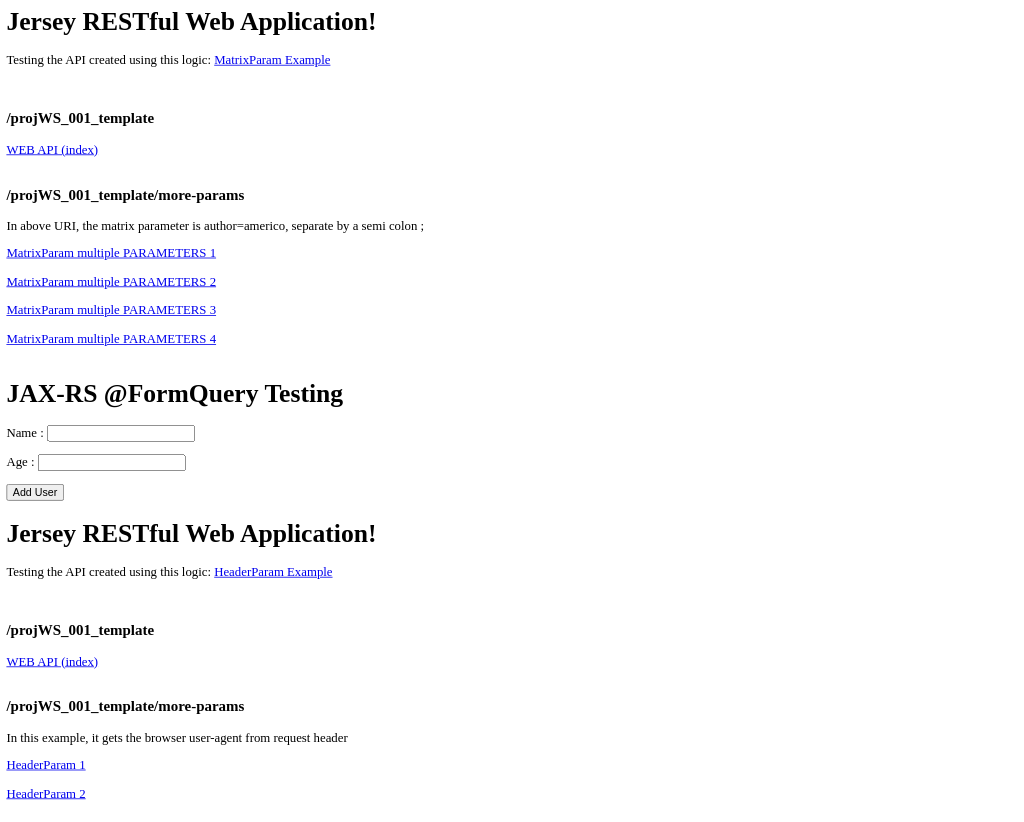
Repository: atafs/BackEnd_JAX-RS_REST_2continue
Page: http://localhost/projWS_001_template/
An editor plug-in stored every save of this project. The page is shown before and after the next save, followed by the edit.
The browser window is 1280 px wide. The pictures show the whole page, at 80% of full size.
The page is served by Tomcat 9. Other server files are loaded and not shown.

Above is the page before, as saved 2016-05-02 16:57:47.

### projWS_001_template/src/main/webapp/index.jsp
<html>
<body>
	<!-- JAX-RS @MatrixParam example ######################################## -->
    <!-- TITLE -->
	<h1>Jersey RESTful Web Application!</h1>

	<!-- TXT -->
	<p>Testing the API created using this logic:
		<a href="http://www.mkyong.com/webservices/jax-rs/jax-rs-matrixparam-example/">MatrixParam Example</a>
	</p><br/>

	<!-- LINKS -->
	<h3>/projWS_001_template</h3>
	<a href="http://localhost:8085/projWS_001_template/">WEB API (index)</a><br/><br/>

	<h3>/projWS_001_template/more-params</h3>
	<p>In above URI, the matrix parameter is author=americo, separate by a semi colon ;</p>
	<a href="http://localhost:8085/projWS_001_template/americolib/ws/2011/">MatrixParam multiple PARAMETERS 1</a><br/><br/>
	<a href="http://localhost:8085/projWS_001_template/americolib/ws/2011;author=americo">MatrixParam multiple PARAMETERS 2</a><br/><br/>
	<a href="http://localhost:8085/projWS_001_template/americolib/ws/2011;author=tomas;country=portugal">MatrixParam multiple PARAMETERS 3</a><br/><br/>
	<a href="http://localhost:8085/projWS_001_template/americolib/ws/2011;country=malaysia;author=ana">MatrixParam multiple PARAMETERS 4</a><br/><br/>

    <!-- JAX-RS @FormParam example ######################################## -->
    <!-- FORM: binding between html and java classes -->
    <h1>JAX-RS @FormQuery Testing</h1>

	<form action="americolib/ws/add" method="post">
		<p>
			Name : <input type="text" name="name" />
		</p>
		<p>
			Age : <input type="text" name="age" />
		</p>
		<input type="submit" value="Add User" />
	</form>

    <!-- Get HTTP header in JAX-RS ######################################## -->
    <!-- TITLE -->
	<h1>Jersey RESTful Web Application!</h1>

	<!-- TXT -->
	<p>Testing the API created using this logic:
		<a href="http://www.mkyong.com/webservices/jax-rs/get-http-header-in-jax-rs/">HeaderParam  Example</a>
	</p><br/>

	<!-- LINKS -->
	<h3>/projWS_001_template</h3>
	<a href="http://localhost:8085/projWS_001_template/">WEB API (index)</a><br/><br/>

	<h3>/projWS_001_template/more-params</h3>
	<p>In this example, it gets the browser user-agent from request header</p>
	<a href="http://localhost:8085/projWS_001_template/americolib/ws/get1/">HeaderParam 1</a><br/><br/>
	<a href="http://localhost:8085/projWS_001_template/americolib/ws/get2/">HeaderParam 2</a><br/><br/>



</body>
</html>

After the next save:
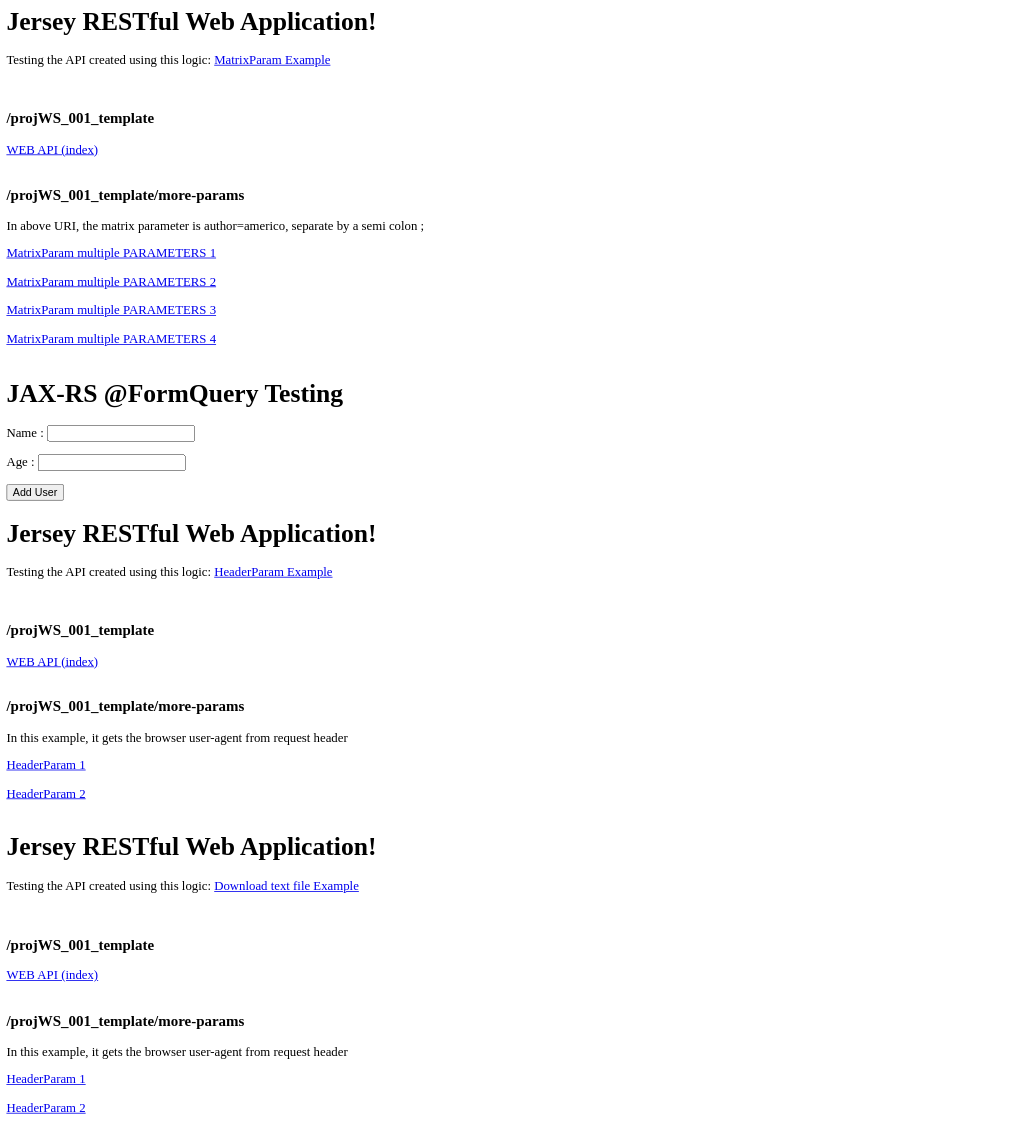
Saved 55 s later.
--- a/projWS_001_template/src/main/webapp/index.jsp
+++ b/projWS_001_template/src/main/webapp/index.jsp
@@ -52,6 +52,24 @@
 	<a href="http://localhost:8085/projWS_001_template/americolib/ws/get1/">HeaderParam 1</a><br/><br/>
 	<a href="http://localhost:8085/projWS_001_template/americolib/ws/get2/">HeaderParam 2</a><br/><br/>
 
+  	<!-- Download text file from JAX-RS ######################################## -->
+    <!-- TITLE -->
+	<h1>Jersey RESTful Web Application!</h1>
+
+	<!-- TXT -->
+	<p>Testing the API created using this logic:
+		<a href="http://www.mkyong.com/webservices/jax-rs/download-text-file-from-jax-rs/">Download text file Example</a>
+	</p><br/>
+
+	<!-- LINKS -->
+	<h3>/projWS_001_template</h3>
+	<a href="http://localhost:8085/projWS_001_template/">WEB API (index)</a><br/><br/>
+
+	<h3>/projWS_001_template/more-params</h3>
+	<p>In this example, it gets the browser user-agent from request header</p>
+	<a href="http://localhost:8085/projWS_001_template/americolib/ws/get1/">HeaderParam 1</a><br/><br/>
+	<a href="http://localhost:8085/projWS_001_template/americolib/ws/get2/">HeaderParam 2</a><br/><br/>
+
 
 
 </body>
